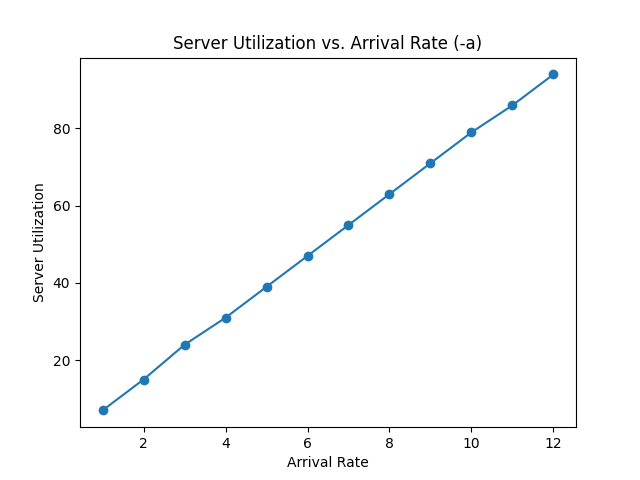
Repository: kingsoneight/CS350-Computer-System
Script's output: python hw1/eval2d.py
An editor plug-in stored every save of this project. The script's output is shown before and after the next save, followed by the edit.
Random numbers start from a fixed seed.

Above is the script's output before, as saved 2023-09-21 17:17:22.

### hw1/eval2d.py
import subprocess
import matplotlib.pyplot as plt

a_values = list(range(1, 13))

a_parameters = [1,2,3,4,5,6,7,8,9,10,11,12]
server_utilization = [7,15,24,31,39,47,55,63,71,79,86,94]



plt.plot(a_parameters, server_utilization, marker='o')
plt.xlabel('Arrival Rate')
plt.ylabel('Server Utilization')
plt.title('Server Utilization vs. Arrival Rate (-a)')
plt.show()

After the next save:
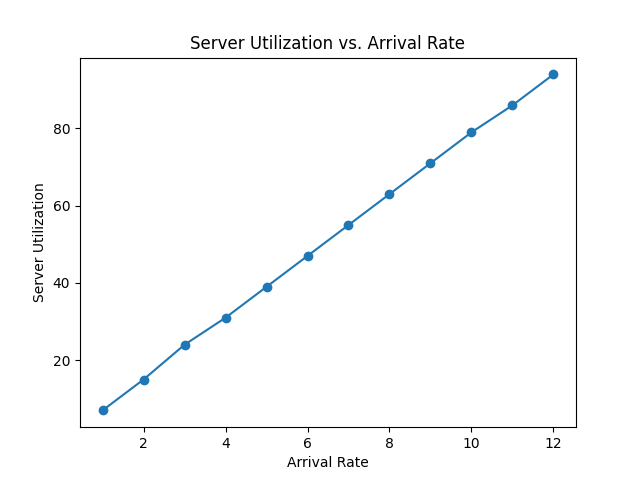
Saved 5 min 1 s later.
--- a/hw1/eval2d.py
+++ b/hw1/eval2d.py
@@ -11,5 +11,5 @@ server_utilization = [7,15,24,31,39,47,55,63,71,79,86,94]
 plt.plot(a_parameters, server_utilization, marker='o')
 plt.xlabel('Arrival Rate')
 plt.ylabel('Server Utilization')
-plt.title('Server Utilization vs. Arrival Rate (-a)')
+plt.title('Server Utilization vs. Arrival Rate')
 plt.show()
